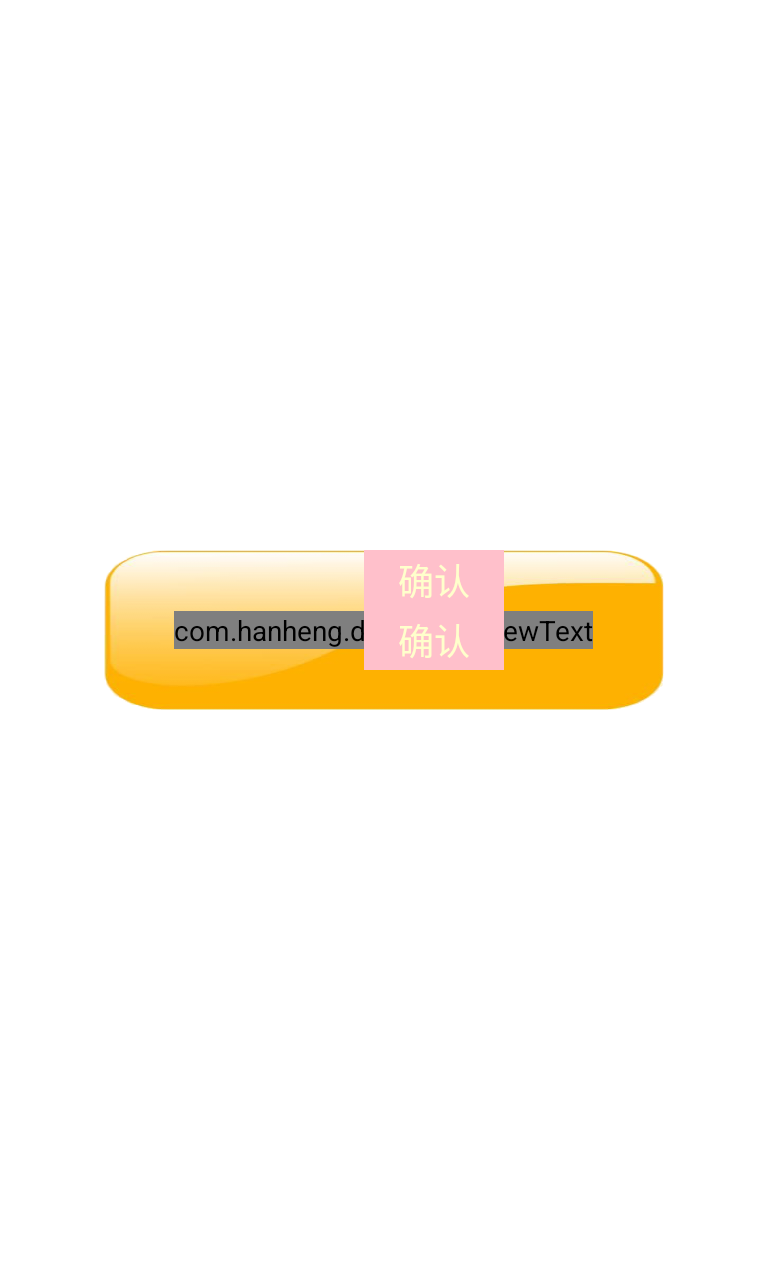
Repository: CovaWang/temporary_embedded
Layout: 7#车联·共享单车/代码/代码/res/layout/display.xml
These files come from the project's save history. The layout is drawn as it stood at one moment and after the next save; the edit follows.
Pictures or frames that could not be fetched are drawn as grey boxes. It is drawn on a 768 x 1280 px phone screen (xhdpi) without system bars, with theme AppTheme; the app's code is not run.

Above is the layout before, as saved 2024-05-15 11:53:21.

After the next save:
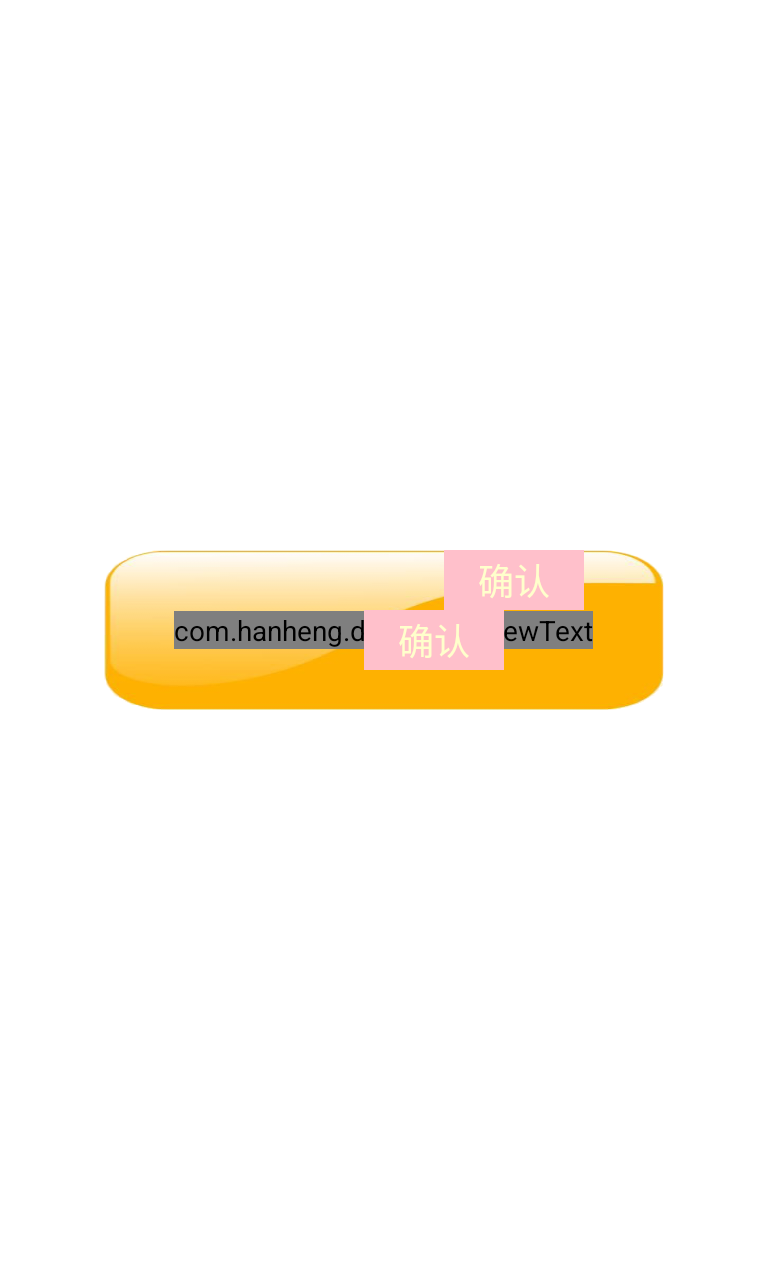
Saved 29 s later.
--- a/7#车联·共享单车/代码/代码/res/layout/display.xml
+++ b/7#车联·共享单车/代码/代码/res/layout/display.xml
@@ -37,7 +37,7 @@
         android:layout_width="70dp"
         android:layout_height="30dp"
         android:layout_marginTop="0dp"
-        android:layout_marginLeft="130dp"
+        android:layout_marginLeft="170dp"
         android:background="#FFC0CB"
         android:text="确认"
         android:textColor="#FFC" />
